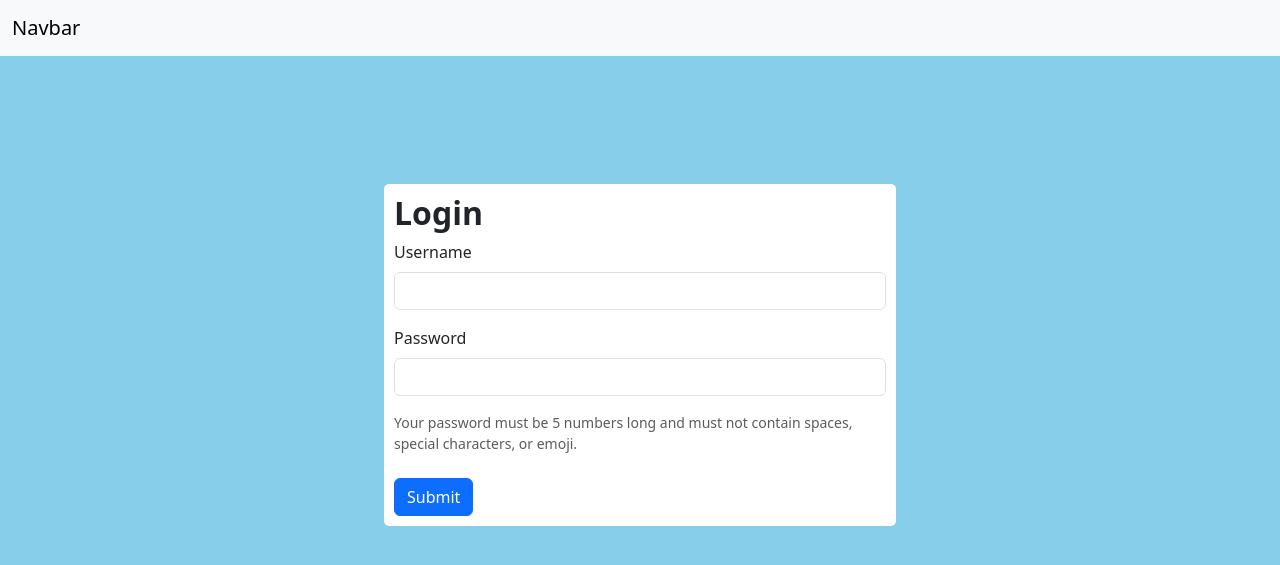
Repository: sarathraj2002/todo-list
Page: login.html
An editor plug-in stored every save of this project. The page is shown before and after the next save, followed by the edit.
The browser window is 1280 px wide. The pictures show the whole page.

Above is the page before, as saved 2024-09-05 11:25:11.

After the next save:
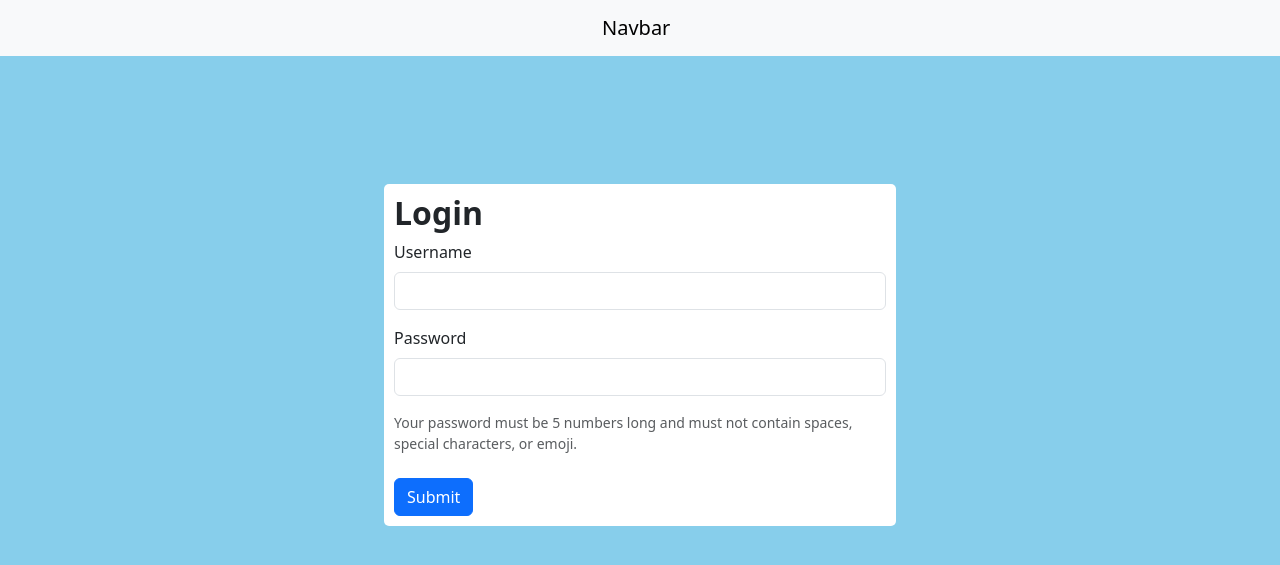
Saved 4 s later.
--- a/style.css
+++ b/style.css
@@ -19,5 +19,5 @@
 
 }
 .container-fluid{
-    width: ;
+    width: 100px;
 }

After the 2 saves that followed:
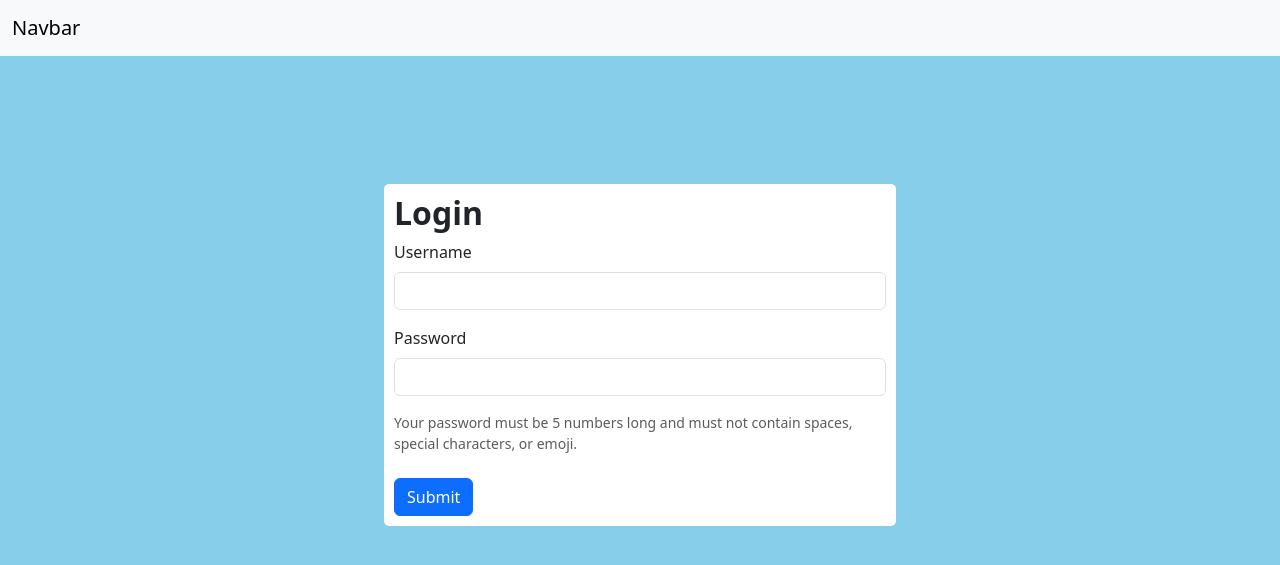
The 2 saves are shown as one change because they came seconds apart.
The last was saved 8 min 36 s later.
--- a/style.css
+++ b/style.css
@@ -19,5 +19,5 @@
 
 }
 .container-fluid{
-    width: 100px;
+    width: 100%;
 }
